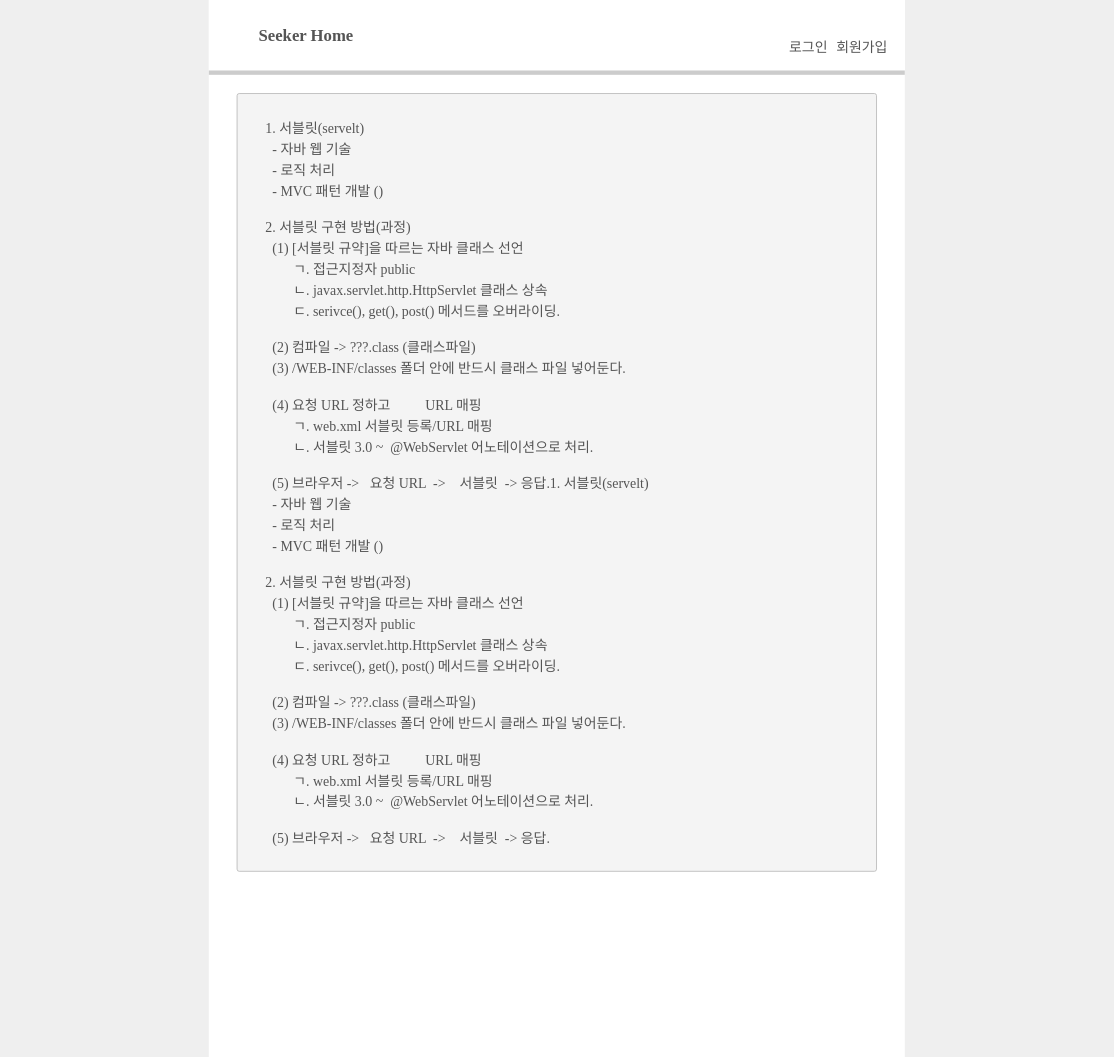
Repository: Seeker2250/JspTest
Page: http://localhost/jspPro/days02/ex03.jsp
An editor plug-in stored every save of this project. The page is shown before and after the next save, followed by the edit.
The browser window is 1280 px wide. The pictures show the whole page, at 87% of full size.
Some web fonts or font styles are not loaded; a fallback is used. The page is served by Tomcat 9. Other server files are loaded and not shown.

Above is the page before, as saved 2024-10-16 07:16:39.

### jspPro/src/main/webapp/days02/ex03.jsp
<%@ page language="java" contentType="text/html; charset=UTF-8"
    pageEncoding="UTF-8"%>
<!DOCTYPE html>
<html>
<head>
<meta charset="UTF-8">
<title>Insert title here</title>
<link rel="shortcut icon" type="image/x-icon" href="http://localhost/jspPro/images/SiSt.ico">
<script src="https://ajax.googleapis.com/ajax/libs/jquery/3.7.1/jquery.min.js"></script>
<meta name="viewport" content="width=device-width, initial-scale=1.0">
<link rel="stylesheet" href="http://localhost/jspPro/resources/cdn-main/example.css">
<script src="http://localhost/jspPro/resources/cdn-main/example.js"></script>
<style>
 span.material-symbols-outlined{
    vertical-align: text-bottom;
 }
</style>
</head>
<body>
<header>
  <h1 class="main"><a href="#" style="position: absolute;top:30px;">Seeker Home</a></h1>
  <ul>
    <li><a href="#">로그인</a></li>
    <li><a href="#">회원가입</a></li>
  </ul>
</header>
<div>
 <xmp class="code">
    1. 서블릿(servelt)
      - 자바 웹 기술
      - 로직 처리
      - MVC 패턴 개발 ()

    2. 서블릿 구현 방법(과정)
      (1) [서블릿 규약]을 따르는 자바 클래스 선언
            ㄱ. 접근지정자 public
            ㄴ. javax.servlet.http.HttpServlet 클래스 상속
            ㄷ. serivce(), get(), post() 메서드를 오버라이딩.

      (2) 컴파일 -> ???.class (클래스파일)
      (3) /WEB-INF/classes 폴더 안에 반드시 클래스 파일 넣어둔다.

      (4) 요청 URL 정하고          URL 매핑
            ㄱ. web.xml 서블릿 등록/URL 매핑
            ㄴ. 서블릿 3.0 ~  @WebServlet 어노테이션으로 처리.

      (5) 브라우저 ->   요청 URL  ->    서블릿  -> 응답.1. 서블릿(servelt)
      - 자바 웹 기술
      - 로직 처리
      - MVC 패턴 개발 ()

    2. 서블릿 구현 방법(과정)
      (1) [서블릿 규약]을 따르는 자바 클래스 선언
            ㄱ. 접근지정자 public
            ㄴ. javax.servlet.http.HttpServlet 클래스 상속
            ㄷ. serivce(), get(), post() 메서드를 오버라이딩.

      (2) 컴파일 -> ???.class (클래스파일)
      (3) /WEB-INF/classes 폴더 안에 반드시 클래스 파일 넣어둔다.

      (4) 요청 URL 정하고          URL 매핑
            ㄱ. web.xml 서블릿 등록/URL 매핑
            ㄴ. 서블릿 3.0 ~  @WebServlet 어노테이션으로 처리.

      (5) 브라우저 ->   요청 URL  ->    서블릿  -> 응답.
  </xmp>

  <a href=""></a><br>
  <a href=""></a><br>
  <a href=""></a><br>
  <a href=""></a><br>
</div>
</body>
</html>

### jspPro/src/main/webapp/resources/cdn-main/example.css
@charset "UTF-8";

@import url('https://fonts.googleapis.com/css2?family=Material+Symbols+Outlined:opsz,wght,FILL,GRAD@20..48,100..700,0..1,-50..200');

@font-face {
    font-family: 'GmarketSansMedium';
    src: url('https://cdn.jsdelivr.net/gh/projectnoonnu/noonfonts_2001@1.1/GmarketSansMedium.woff') format('woff');
    font-weight: normal;
    font-style: normal;
}

:root {
	--text-color: #555;
	--sub-text-color: #777;
	--back-color: #EFEFEF;
	--header-color: #444;
	--primary-color: #DEDEDE;
	--secondary-color: #EFEFEF;
	--default-width: 800px;
	--narrow-width: 500px;
	--wide-width: 1200px;
	--text-font: 'GmarketSansMedium';
	--icon-font: 'Material Symbols Outlined';
	--border-color: #CCC;
}

html, body {
	margin: 0;
	padding: 0;
}

html {
	background-color: var(--back-color);
	display: flex;
	justify-content: center;
	min-height: 100vh;
}

body, body.default {
	width: var(--default-width);
	background-color: white;
	padding-bottom: 120px;
}

body.wide {
	width: var(--wide-width);
}

body.narrow {
	width: var(--narrow-width);
}



body, p, div, span, a, input, select, option, textarea, button, table, th, td, label, fieldset, legend {
	font-family: var(--text-font);
	color: var(--text-color);
}

h1, h2, h3 {
	font-family: var(--text-font);
	color: var(--header-color);
	padding: 0 1rem;
	padding-top: .5rem;
}

div > h1, div > h2, div > h3 {
	padding: 0;
}

body > div, body > main > div {
	padding: 0.3rem 1rem;
}


h1 { font-size: 2rem; border-bottom: 1px solid var(--border-color); }
h1 small { font-size: 1.2rem; color: var(--sub-text-color); }
h2 { font-size: 1.5rem; border-bottom: 1px dashed var(--border-color); }
h2 small { font-size: 1.1rem; color: --sub-text-color; }
h3 { font-size: 1.2rem; }
h3 small { font-size: 1rem; color: --sub-text-color; }



h1.main::before {
	font-family: var(--icon-font);
  	content: '\e666';
  	margin-right: 10px;
  	float: left;
	font-size: 2.5rem;
}

h1.sub::before {
	font-family: var(--icon-font);
  	content: '\ea19';
  	margin-right: 10px;
  	float: left;
	font-size: 2.5rem;
}


h1.page::before {
	font-family: var(--icon-font);
  	content: '\e0e0';
  	margin-right: 10px;
  	float: left;
	font-size: 2.5rem;
}

body > header > ul > li > .active{
	background-color: #FFF;
	color:#F00;
}

body > header {
	display: flex;
	justify-content: space-between;
	border-bottom: 5px solid var(--border-color);
	min-height: 74px;
	background-color: #FFF;
}

body > header.sticky {
	position: sticky;
	top: 0;
	z-index: 98;
}

body > header > h1 {
	font-size: 1.2rem;
	border: 0;
}

body > header.in > h1::before {
	font-family: var(--icon-font);
  	content: '\e332‥';
  	margin-right: 3px;
  	float: left;
	font-size: 2rem;
}


body > header > ul {
	list-style-type: none;
	display: flex;
	align-items: flex-end;
	margin-right: 10px;
}

body > header > ul > li {
	margin-right: 10px;
	cursor: pointer;
}

body > header > ul > li > a {
	cursor: pointer;
}


form {
	display: block;
}

form > div {
	padding: 0.3rem 1rem;
}

div > form > div {
	padding: 0.3rem 0;
}

input, textarea, button, select {
	border: 1px solid #BBB;
	border-radius: 3px;
	outline: none;
	resize: none;
	padding: 7px;
	margin: 0;
}

input[type=text]:read-only, textarea:read-only {
	cursor: not-allowed;
	background-color: #FFF;
}

input[type=text]:disabled, textarea:disabled {
	cursor: not-allowed;
	background-color: #EEE;
}

input[type=text], input[type=password], textarea, button, select {
	/* width: 300px; */
}

textarea {
	display: block;
	height: 100px;
}

input[type=button], input[type=submit], button {
	/* width: inherit; */
}

input.short, textarea.short, button.short, select.short {
	width: 100px;
}

input.long, textarea.long, button.long, select.long {
	width: 350px;
}

.narrow input.long, .narrow textarea.long, .narrow button.long, .narrow select.long {
	width: calc(100% - 20px);
}

input.full, textarea.full, button.full, select.full {
	width: calc(100% - 20px);
}

textarea.short {
	height: 50px;
}

textarea.long {
	height: 100px;
}

textarea.full {
	height: 200px;
}

input, textarea {
	padding-top: 8px;
}

input[type=button], input[type=submit], button {
	padding: 5px 10px;
	background-color: var(--secondary-color);
	cursor: pointer;
	min-height: 36px;
}

input[type=button].primary, input[type=submit].primary, button.primary {
	/* background-color: rgba(100, 149, 237, .2); */
	background-color: var(--primary-color);
}

input[type=button].primary:hover, input[type=submit].primary:hover, button.primary:hover {
	/* background-color: rgba(100, 149, 237, .3); */
	background-color: var(--secondary-color);
}

input[type=button]:hover, input[type=submit]:hover, button:hover {
	background-color: var(--primary-color);
}

button {
	position: relative;
	left: 0;
	top: 0;
	padding-left: 35px;
}

button .material-symbols-outlined {
	position: absolute;
	left: 10px;
	top: 4px;
}

/* k2nik add */
button.login::before {
	font-family: var(--icon-font);
  	content: '\ea77';
	position: absolute;
	left: 11px;
	top: 4px;
	font-size: 1.25rem;
}

/* k2nik logout */
button.logout::before {
	font-family: var(--icon-font);
  	content: '\e9ba';
	position: absolute;
	left: 11px;
	top: 4px;
	font-size: 1.25rem;
}

/* k2nik help */
button.help::before {
	font-family: var(--icon-font);
  	content: '\f1c0';
	position: absolute;
	left: 11px;
	top: 4px;
	font-size: 1.25rem;
}

button.add::before{
	font-family: var(--icon-font);
  	content: '\e746';
	position: absolute;
	left: 11px;
	top: 4px;
	font-size: 1.25rem;
}

button.back::before {
	font-family: var(--icon-font);
  	content: '\e166';
	position: absolute;
	left: 11px;
	top: 4px;
	font-size: 1.25rem;
}

button.list::before {
	font-family: var(--icon-font);
  	content: '\e0ee';
	position: absolute;
	left: 11px;
	top: 4px;
	font-size: 1.25rem;
}


button.del::before {
	font-family: var(--icon-font);
  	content: '\e872';
	position: absolute;
	left: 11px;
	top: 4px;
	font-size: 1.25rem;
}


button.edit::before {
	font-family: var(--icon-font);
  	content: '\e745';
	position: absolute;
	left: 11px;
	top: 4px;
	font-size: 1.25rem;
}


button.login::before {
	font-family: var(--icon-font);
  	content: '\ea77';
	position: absolute;
	left: 11px;
	top: 4px;
	font-size: 1.25rem;
}


button.logout::before {
	font-family: var(--icon-font);
  	content: '\e9ba';
	position: absolute;
	left: 11px;
	top: 4px;
	font-size: 1.25rem;
}


button.in::before {
	font-family: var(--icon-font);
  	content: '\f71a';
	position: absolute;
	left: 11px;
	top: 4px;
	font-size: 1.25rem;
}


button.out::before {
	font-family: var(--icon-font);
  	content: '\f70e';
	position: absolute;
	left: 11px;
	top: 4px;
	font-size: 1.25rem;
}


button.reply::before {
	font-family: var(--icon-font);
  	content: '\e15e';
	position: absolute;
	left: 11px;
	top: 4px;
	font-size: 1.25rem;
}


button.comment::before {
	font-family: var(--icon-font);
  	content: '\e0b9';
	position: absolute;
	left: 11px;
	top: 4px;
	font-size: 1.25rem;
}


button.modal::before {
	font-family: var(--icon-font);
  	content: '\e89e';
	position: absolute;
	left: 11px;
	top: 4px;
	font-size: 1.25rem;
}


button.ok::before {
	font-family: var(--icon-font);
  	content: '\e86c';
	position: absolute;
	left: 11px;
	top: 4px;
	font-size: 1.25rem;
}


button.cancel::before {
	font-family: var(--icon-font);
  	content: '\e5c9';
	position: absolute;
	left: 11px;
	top: 4px;
	font-size: 1.25rem;
}

button.search::before {
	font-family: var(--icon-font);
  	content: '\e8b6';
	position: absolute;
	left: 11px;
	top: 4px;
	font-size: 1.25rem;
}

button.home::before {
	font-family: var(--icon-font);
  	content: '\e88a';
	position: absolute;
	left: 11px;
	top: 4px;
	font-size: 1.25rem;
}


button.sidebar::before {
	font-family: var(--icon-font);
  	content: '\f7e4';
	position: absolute;
	left: 11px;
	top: 4px;
	font-size: 1.25rem;
}


button.sidebar-right::before {
	font-family: var(--icon-font);
  	content: '\f7e5';
	position: absolute;
	left: 11px;
	top: 4px;
	font-size: 1.25rem;
}




button::before {
	font-family: var(--icon-font);
  	content: '\e323';
	position: absolute;
	left: 11px;
	top: 4px;
	font-size: 1.25rem;
}


table {
	border-collapse: collapse;
	margin: 1rem;
	box-sizing: border-box;
	width: calc(100% - 32px);
}

table.content {
	width: auto;
}

div > table {
	margin: 0;
}

table th, table td {
	border: 1px solid var(--border-color);
	padding: 7px;
	font-weight: normal;
}

table th {
	background-color: var(--back-color);
}

table.vertical th {
	width: 150px;
}

table.vertical td {
	width: calc(100% - 182px);
	padding-left: 10px;
}

table.content td, table.content th {
	width: auto;
}

body.narrow table.vertical th {
	width: 100px;
}

body.narrow table.vertical td {
	width: calc(100% - 182px);
}


table + table {
	margin-top: 30px;
}


p {
	padding: 0 1rem;
}

a {
	text-decoration: none;
}

a:hover {
	color: rgba(255, 99, 71, .7);
}

hr {
	border: 0;
	border-top: 1px solid var(--border-color);
	margin: 2rem 0;
}

.message {
	border: 1px solid var(--border-color);
	background-color: #EFEFEF;
	margin: 1rem;
	width: auto;
	padding-top: 10px;
	padding-bottom: 10px;
	font-size: 14px;
}

.message[title]::before {
	content: attr(title);
	display: block;
	border-bottom: 1px solid var(--border-color);
	padding-bottom: 5px;
	margin-bottom: 10px;
	margin-top: 7px;
}

.message.short {
	max-width: 250px;
}

.message.long {
	max-width: 500px;
}

.badge {
	float: right;
	font-size: .8rem;
	margin-top: 2px;
	margin-right: 2px;
	text-shadow: 0 0 7px gray;
}

.badge.left {
	float: none;
	margin-left: 2px;
}

.badge.right {
	float: right;
}

.badge.red {
	border-radius: 50%;
	padding: 2px 5px;
	background-color: rgb(255, 99, 71, .3);
}

.badge.yellow {

	border-radius: 50%;
	padding: 2px 5px;
	background-color: rgb(255, 215, 0, .5);
}

.badge.blue {
	border-radius: 50%;
	padding: 2px 5px;
	background-color: rgb(100, 149, 237, .3);
}

label + label {
	margin-left: 7px;
}

label input[type=checkbox], label input[type=radio] {
	transform: translate(0, 1px);
}

.group {
	display: flex;
}

.modal-content .group {
	margin-bottom: .5rem;
}

.group label {
	border: 1px solid #BBB;
	border-radius: 3px;
	outline: none;
	resize: none;
	padding: 7px 14px;
	margin: 0;
	border-top-right-radius: 0;
	border-bottom-right-radius: 0;
	background-color: #EFEFEF;
	white-space: nowrap;
	font-size: 14px;
}

.group input[type=text] {
	margin-left: -1px;
	border-top-left-radius: 0;
	border-bottom-left-radius: 0;
}

.group select {
	margin-left: -1px;
	border-top-left-radius: 0;
	border-bottom-left-radius: 0;
}

.group input.full[type=text] {
	margin-left: -1px;
	border-top-left-radius: 0;
	border-bottom-left-radius: 0;
	width: 100%;
}

.group input[type=button]:first-child, .group button:first-child {
	border-top-left-radius: 3px;
	border-bottom-left-radius: 3px;
	margin-left: 0px;
}

.group input[type=button], .group button {
	border-radius: 0;
	margin-left: -1px;
}

.group input[type=button]:last-child, .group button:last-child {
	margin-left: -1px;
	border-top-right-radius: 3px;
	border-bottom-right-radius: 3px;
}

.seperate {
	display: flex;
	justify-content: space-between;
}

div.list {
	width: max-content;
	margin: 1rem;
	border: 1px solid #BBB;
	border-radius: 3px;
	padding: 0;
}

div.list.full {
	width: auto;
	display: block;
	margin: 1rem;
	border: 1px solid #BBB;
	border-radius: 3px;
	padding: 0;
}

div.list > div {
	padding: .5rem 1rem;
	margin: 0;
	border-bottom: 1px solid #BBB;
}

div.list > div:last-child {
	border-bottom: 0;
}

pre.code , xmp.code{
	font-family: consols;
	background-color: rgba(150, 150, 150, .1);
	border: 1px solid #BBB;
	border-radius: 3px;
	padding: .5rem 1rem;
	padding-bottom: .6rem;
	margin: 1rem;
}




*[data-modal-window] {
	position: fixed;
	background-color: rgba(0, 0, 0, .3);
	left: 0;
	top: 0;
	display: none;
	justify-content: center;
	align-items: flex-start;
	width: 100%;
	min-height: 100vh;
	z-index: 100;
	opacity: 0;
	transition: 500ms all;
}

*[data-modal-window] .modal-container {
	border-radius: 5px;
	padding: 1rem;
	padding-bottom: .5rem;
	margin-top: -500px;
	opacity: 0;
	width: 500px;
	background-color: #FFF;
	margin-right: 2rem;
	transition: 500ms all;
}

*[data-modal-size=content] .modal-container {
	width: auto;
}

*[data-modal-size=narrow] .modal-container {
	width: 300px;
}

*[data-modal-size=wide] .modal-container {
	width: 760px;
}


*[data-modal-window] .modal-header {
	border-bottom: 1px solid var(--border-color);
	padding: 2px 5px;
}

*[data-modal-window] .modal-content {
	padding: 1rem 5px;
}

*[data-modal-window] .modal-content div:last-child {
	margin-top: 1rem;
	text-align: right;
}



*[data-sidebar-window] {
	position: fixed;
	background-color: #FFF;
	left: 0;
	top: 0;
	display: block;
	width: 300px;
	border-right: 1px solid var(--border-color);
	box-sizing: border-box;
	box-shadow: 0 0 3px var(--back-color);
	min-height: 100vh;
	z-index: 99;
	transform: translate(-300px, 0);
	transition-duration: 500ms;
	transition-property: transform;
}

*[data-sidebar-direction=right] {
	left: auto;
	right: 0;
	transform: translate(300px, 0);
	border-left: 1px solid var(--border-color);
}

*[data-sidebar-size=wide] {
	width: 500px;
	transform: translate(-500px, 0);
}

*[data-sidebar-window] .sidebar-title {
	border-bottom: 1px solid var(--border-color);
	margin-top: 20px;
	margin-bottom: 20px;
	padding-bottom: 5px;
	display: flex;
	justify-content: space-between;
}

*[data-sidebar-window] .sidebar-title span:last-child {
	cursor: pointer;
}


/* K2Nik pagination */
.center {
  text-align: center;
}

.pagination {
  display: inline-block;
}

.pagination a {
  color: black;
  float: left;
  padding: 3px 6px;
  text-decoration: none;
  transition: background-color .3s;
  border: 1px solid #ddd;
  margin: 0 3px;
}

.pagination a.active {
  background-color: #4CAF50;
  color: white;
  border: 1px solid #4CAF50;
}

.pagination a:hover:not(.active) {background-color: #ddd;}

### jspPro/src/main/webapp/resources/cdn-main/example.js

window.onload = () => {

    const list = document.querySelectorAll('input, textarea');

    list.forEach(item => {
        item.setAttribute('autocomplete', 'off');
    });


    const modal_btn_list = document.querySelectorAll('*[data-modal-button]');

    modal_btn_list.forEach(item => {
        item.onclick = function() {

            const name = this.dataset['modalButton'];
            const modal_window = document.querySelector('*[data-modal-window=' + name);

            const container = document.createElement('div');
            container.className = 'modal-container';



            const modal_header = document.createElement('div');
            modal_header.textContent = modal_window.dataset['modalTitle'];
            modal_header.className = 'modal-header';
            container.appendChild(modal_header);

            const modal_content = document.createElement('div');
            modal_content.className = 'modal-content';
            container.appendChild(modal_content);

            Array.from(modal_window.childNodes).forEach(item => {
                modal_content.appendChild(item);
            });

            modal_window.appendChild(container);

            modal_window.style.display = 'flex';

            setTimeout(() => {
                modal_window.style.opacity = 1;
                container.style.marginTop = '20px';
                container.style.opacity = 1;
            }, 50);


            const modal_ok = document.querySelector('*[data-modal-ok=' + name);
            modal_ok.addEventListener('click', function() {
                modal_window.style.opacity = 0;
                container.style.marginTop = '-500px';
                container.style.opacity = 0;

                setTimeout(() => {
                    modal_window.innerHTML = modal_content.innerHTML;
                    modal_window.style.display = 'none';
                }, 500);

            });

            const modal_cancel = document.querySelector('*[data-modal-cancel=' + name);
            modal_cancel.addEventListener('click', function() {

                modal_window.style.opacity = 0;
                container.style.marginTop = '-500px';
                container.style.opacity = 0;

                setTimeout(() => {
                    modal_window.innerHTML = modal_content.innerHTML;
                    modal_window.style.display = 'none';
                }, 500);
            });


        };
    });


    const sidebar_btn_list = document.querySelectorAll('*[data-sidebar-button]');

    sidebar_btn_list.forEach(item => {
        item.onclick = function() {



            const name = this.dataset['sidebarButton'];
            const sidebar_window = document.querySelector('*[data-sidebar-window=' + name);

            if (sidebar_window.style.transform == 'translate(0px, 0px)') return;



            sidebar_window.style.transform = 'translate(0, 0)';

            const sidebar_title = document.createElement('div');
            sidebar_title.className = 'sidebar-title';
            sidebar_title.innerHTML = '<span>' + sidebar_window.dataset['sidebarTitle'] + '</span><span class="material-symbols-outlined">close</span>';

            sidebar_title.children[1].onclick = function() {

                let sign = 1;
                let distance = 300;

                if (sidebar_window.dataset['sidebarDirection'] != 'right') {
                    sign = -1;
                } else {
                    sign = 1;
                }

                if (sidebar_window.dataset['sidebarSize'] != 'wide') {
                    distance = 300;
                } else {
                    distance = 500;
                }

                distance *= sign;

                sidebar_window.style.transform = 'translate(' + distance + 'px, 0)';

                setTimeout(function() {
                    sidebar_window.removeChild(sidebar_window.children[0]);
                }, 500);
            };


            sidebar_window.prepend(sidebar_title);

        }
    });

};

// window.onkeydown = function(event) {

//     if (event.keyCode == 27) {
//         if (document.querySelector('[data-modal-window').style.display == 'flex') {
//             document.querySelector('[data-modal-window').style.display = 'none';
//         }
//     }

// };

After the next save:
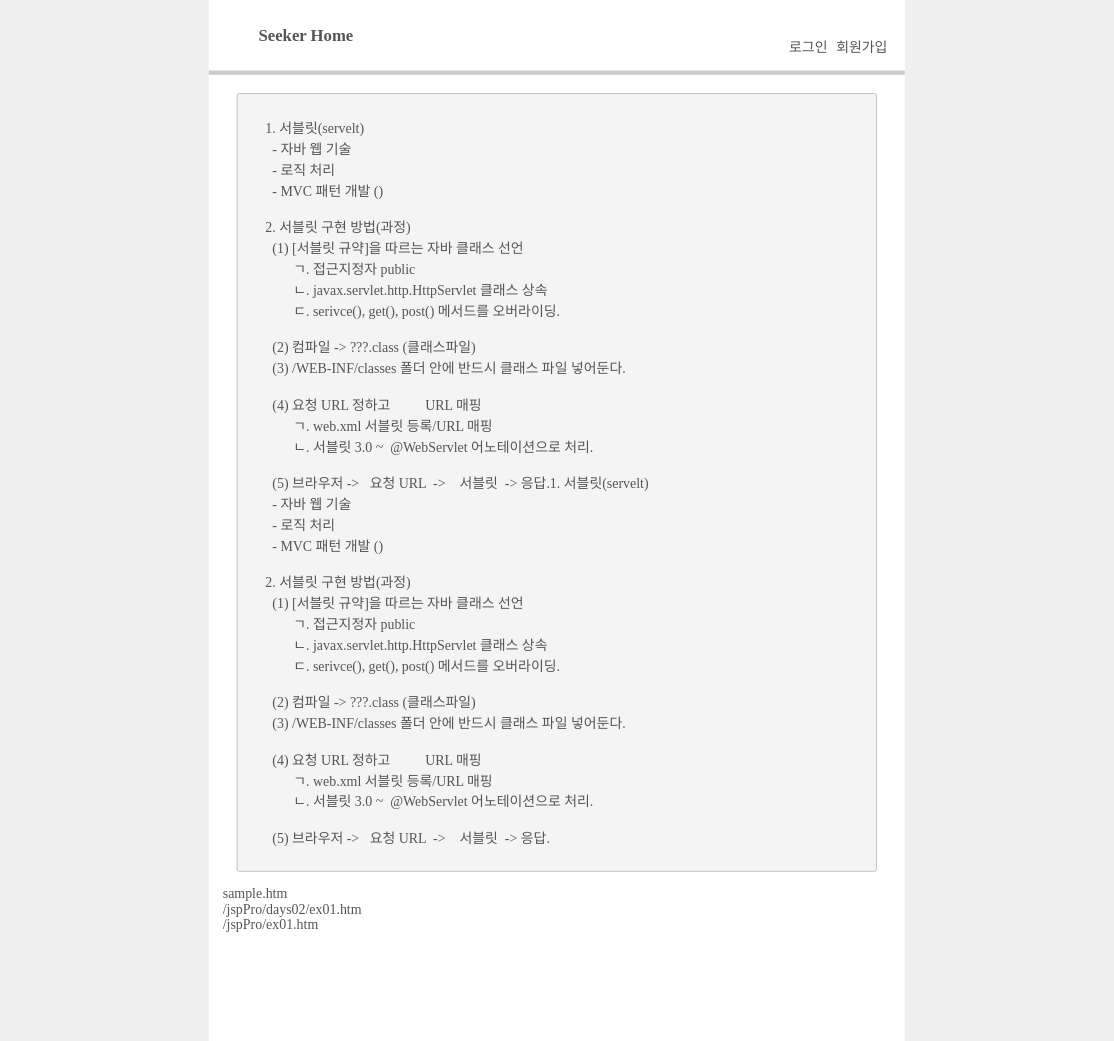
Saved 66 s later.
--- a/jspPro/src/main/webapp/days02/ex03.jsp
+++ b/jspPro/src/main/webapp/days02/ex03.jsp
@@ -65,10 +65,9 @@
       (5) 브라우저 ->   요청 URL  ->    서블릿  -> 응답.
   </xmp>
 
-  <a href=""></a><br>
-  <a href=""></a><br>
-  <a href=""></a><br>
-  <a href=""></a><br>
+  <a href="sample.htm">sample.htm</a><br>
+  <a href="/jspPro/days02/ex01.htm">/jspPro/days02/ex01.htm</a><br>
+  <a href="/jspPro/ex01.htm">/jspPro/ex01.htm</a><br>
 </div>
 </body>
 </html>
